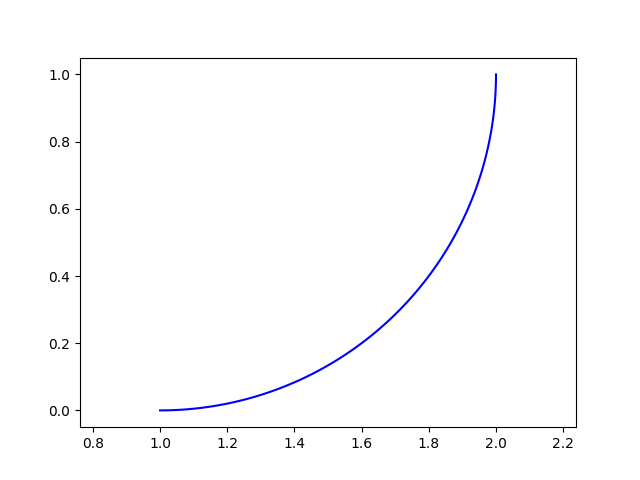
Repository: lbylzkx/Circle-Point-Manuscript
Script's output: python arc_inverse.py
The author's editor kept a copy of each file at every save. The script's output is drawn from the files as they stood at one save, then again after the next save.
Random numbers start from a fixed seed.

Above is the script's output before, as saved 2023-09-25 16:22:35.

After the next save:
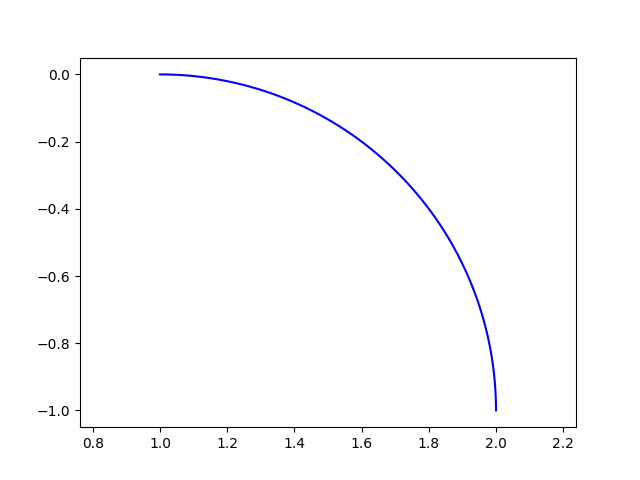
Saved 21 s later.
--- a/arc_inverse.py
+++ b/arc_inverse.py
@@ -33,7 +33,7 @@
     # X,Y轴等长
     plt.axis('equal')
     # 绘制圆弧
-    plt.plot(x, y, color)
+    plt.plot(x, -y, color)
 
 
 # 示例

After the save that followed:
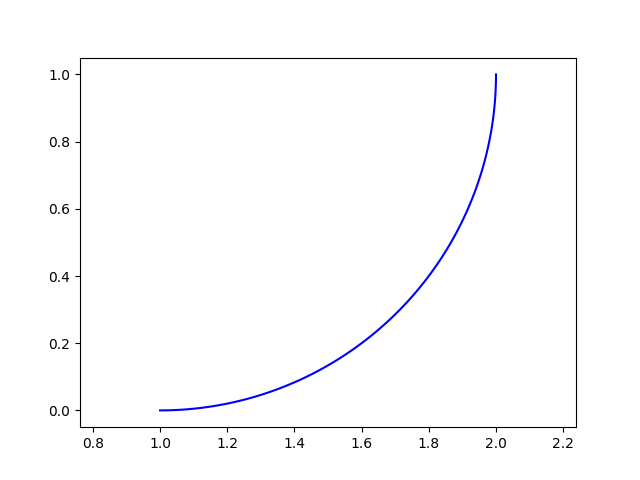
Saved 16 s later.
--- a/arc_inverse.py
+++ b/arc_inverse.py
@@ -33,7 +33,7 @@
     # X,Y轴等长
     plt.axis('equal')
     # 绘制圆弧
-    plt.plot(x, -y, color)
+    plt.plot(x, y, color)
 
 
 # 示例
